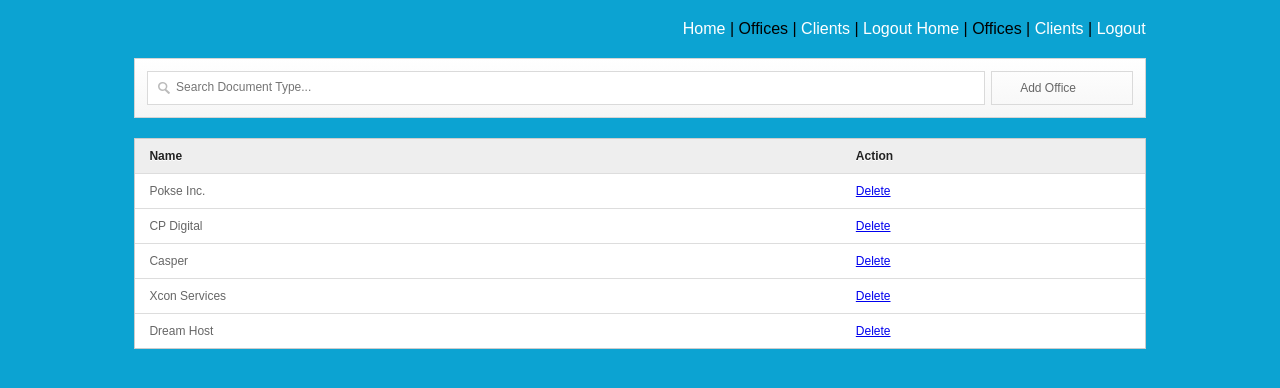
Repository: MrSyntax31/recordmanagement
Page: http://localhost/main/offices.php
These files come from the project's save history. The page is drawn as it stood at one moment and after a run of saves; the edit follows.
The browser window is 1280 px wide. The pictures show the whole page.
The page is run by PHP 8.4 with error messages shown; the project is at /var/www/html/. The database holds what the project's SQL file puts in it.

Above is the page before, as saved 2022-03-03 15:26:00.

After the next 2 saves:
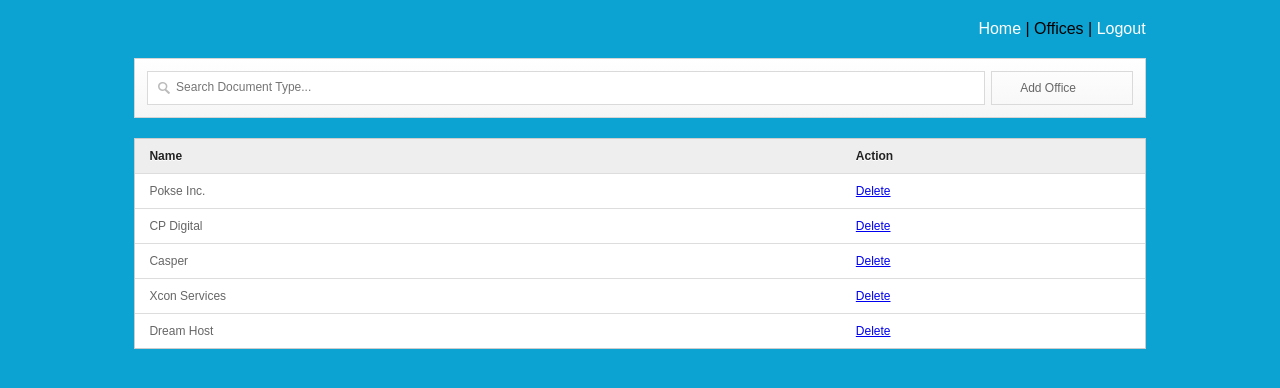
The 2 saves are shown as one change because they came seconds apart.
The last was saved 73 s later.
--- a/main/offices.php
+++ b/main/offices.php
@@ -82,8 +82,7 @@ a#add {
     })
   </script>
 <div id="log">
-<a href="index.php">Home</a> | Offices |  <a href="clients.php">Clients</a> | <a href="../index.php">Logout</a>
-<a href="index.php">Home</a> | Offices |  <a href="clients.php">Clients</a> | <a href="../index.php">Logout</a>
+<a href="index.php">Home</a> | Offices | <a href="../index.php">Logout</a>
 </div>
 <div id="formdesign">
 <input type="text" name="filter" value="" id="filter" placeholder="Search Document Type..." autocomplete="off" />
